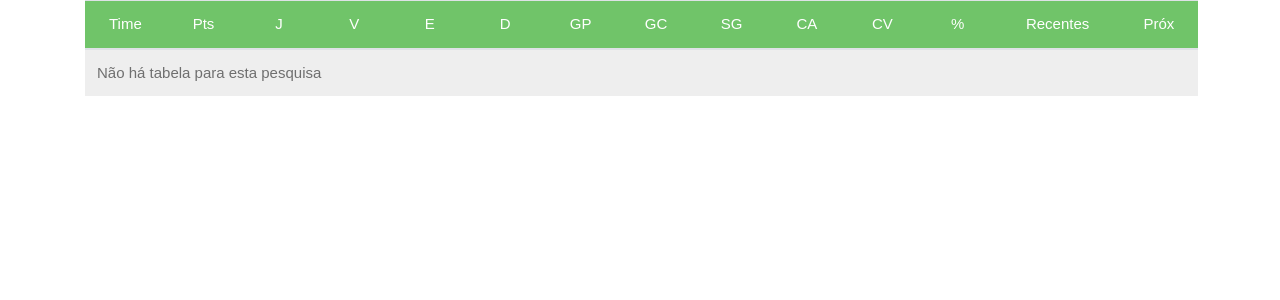
Repository: danielvieira7/campeonato-brasileiro-embed
Page: index.html
These files come from the project's save history. The page is drawn as it stood at one moment and after the next save; the edit follows.
The browser window is 1280 px wide. The pictures show the whole page.
The page's requests for data from a server got no answer. Some web libraries are served in a nearby version.

Above is the page before, as saved 2021-02-12 00:34:12.
Console error: ReferenceError: urlParams is not defined

After the next save:
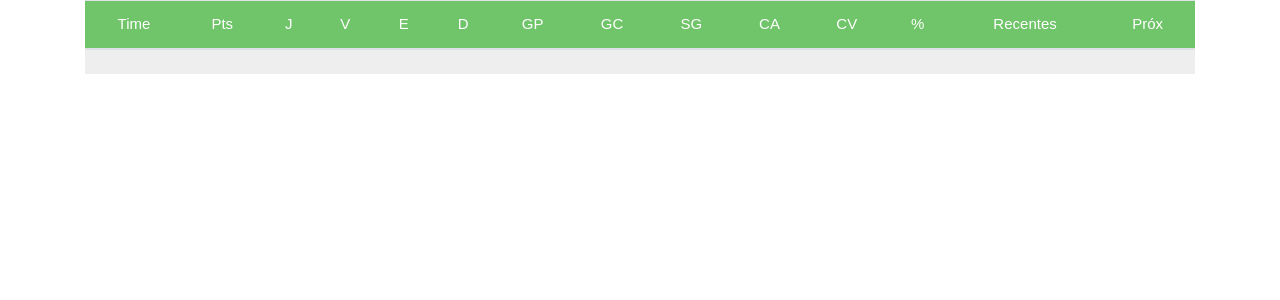
Console error: ReferenceError: queryString is not defined
Saved 28 s later.
--- a/app.js
+++ b/app.js
@@ -1,4 +1,5 @@
 var tabelaCampeonatoBrasileiro
+const urlParams = new URLSearchParams(queryString);
 
 $(function () {
 

After the save that followed:
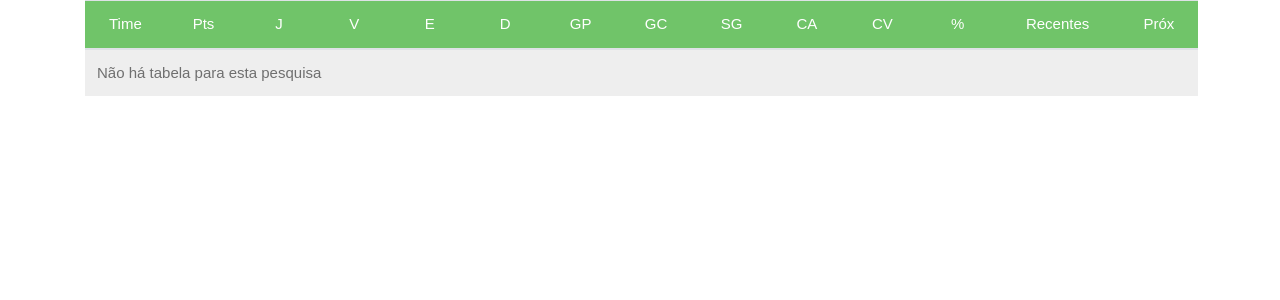
The error is gone.
Saved 104 s later.
--- a/app.js
+++ b/app.js
@@ -1,4 +1,5 @@
 var tabelaCampeonatoBrasileiro
+const queryString = window.location.search;
 const urlParams = new URLSearchParams(queryString);
 
 $(function () {
